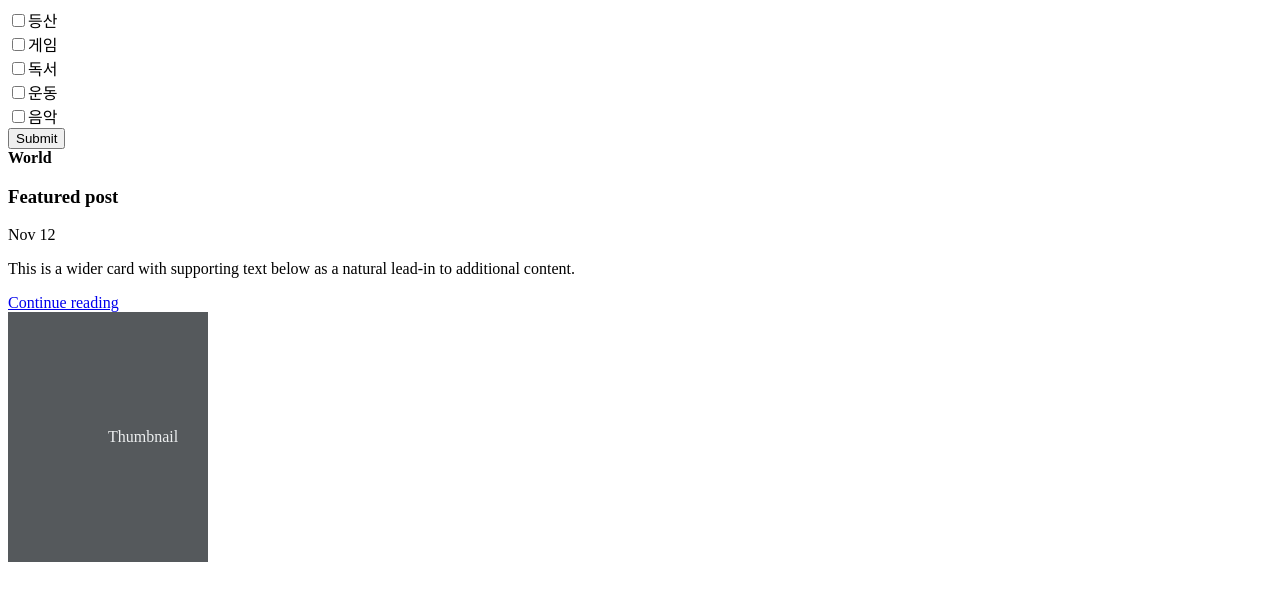
Repository: egniz/egniz
Page: HiWorld/WebContent/NewFile1.html
An editor plug-in stored every save of this project. The page is shown before and after the next save, followed by the edit.
The browser window is 1280 px wide. The pictures show the whole page.

Above is the page before, as saved 2020-01-13 09:00:45.

### HiWorld/WebContent/NewFile1.html
<!DOCTYPE html>
<html>
<head>
<meta charset="EUC-KR">
<title>Insert title here</title>
</head>
<body>
	<form action="ms3">
	<input type="checkbox" name="hb" value="등상">등산<br>
	<input type="checkbox" name="hb" value="게임">게임<br>
	<input type="checkbox" name="hb" value="독서">독서<br>
	<input type="checkbox" name="hb" value="운동">운동<br>
	<input type="checkbox" name="hb" value="음악">음악<br>
	<input type="submit">
	</form>
    <div class="col-md-6">
      <div class="row no-gutters border rounded overflow-hidden flex-md-row mb-4 shadow-sm h-md-250 position-relative">
        <div class="col p-4 d-flex flex-column position-static">
          <strong class="d-inline-block mb-2 text-primary">World</strong>
          <h3 class="mb-0">Featured post</h3>
          <div class="mb-1 text-muted">Nov 12</div>
          <p class="card-text mb-auto">This is a wider card with supporting text below as a natural lead-in to additional content.</p>
          <a href="#" class="stretched-link">Continue reading</a>
        </div>
        <div class="col-auto d-none d-lg-block">
          <svg class="bd-placeholder-img" width="200" height="250" xmlns="http://www.w3.org/2000/svg" preserveAspectRatio="xMidYMid slice" focusable="false" role="img" aria-label="Placeholder: Thumbnail"><title>Placeholder</title><rect width="100%" height="100%" fill="#55595c"/><text x="50%" y="50%" fill="#eceeef" dy=".3em">Thumbnail</text></svg>
        </div>
      </div>
    </div>
</body>
</html>

After the next save:
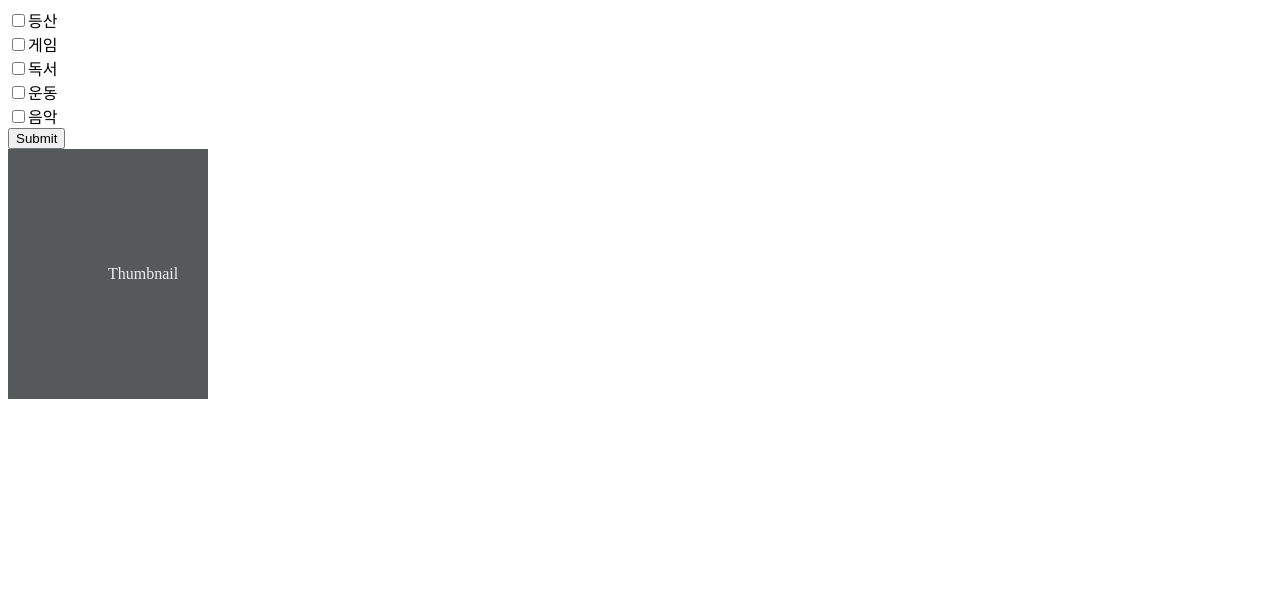
Saved 2 min 16 s later.
--- a/HiWorld/WebContent/NewFile1.html
+++ b/HiWorld/WebContent/NewFile1.html
@@ -13,15 +13,6 @@
 	<input type="checkbox" name="hb" value="음악">음악<br>
 	<input type="submit">
 	</form>
-    <div class="col-md-6">
-      <div class="row no-gutters border rounded overflow-hidden flex-md-row mb-4 shadow-sm h-md-250 position-relative">
-        <div class="col p-4 d-flex flex-column position-static">
-          <strong class="d-inline-block mb-2 text-primary">World</strong>
-          <h3 class="mb-0">Featured post</h3>
-          <div class="mb-1 text-muted">Nov 12</div>
-          <p class="card-text mb-auto">This is a wider card with supporting text below as a natural lead-in to additional content.</p>
-          <a href="#" class="stretched-link">Continue reading</a>
-        </div>
         <div class="col-auto d-none d-lg-block">
           <svg class="bd-placeholder-img" width="200" height="250" xmlns="http://www.w3.org/2000/svg" preserveAspectRatio="xMidYMid slice" focusable="false" role="img" aria-label="Placeholder: Thumbnail"><title>Placeholder</title><rect width="100%" height="100%" fill="#55595c"/><text x="50%" y="50%" fill="#eceeef" dy=".3em">Thumbnail</text></svg>
         </div>
